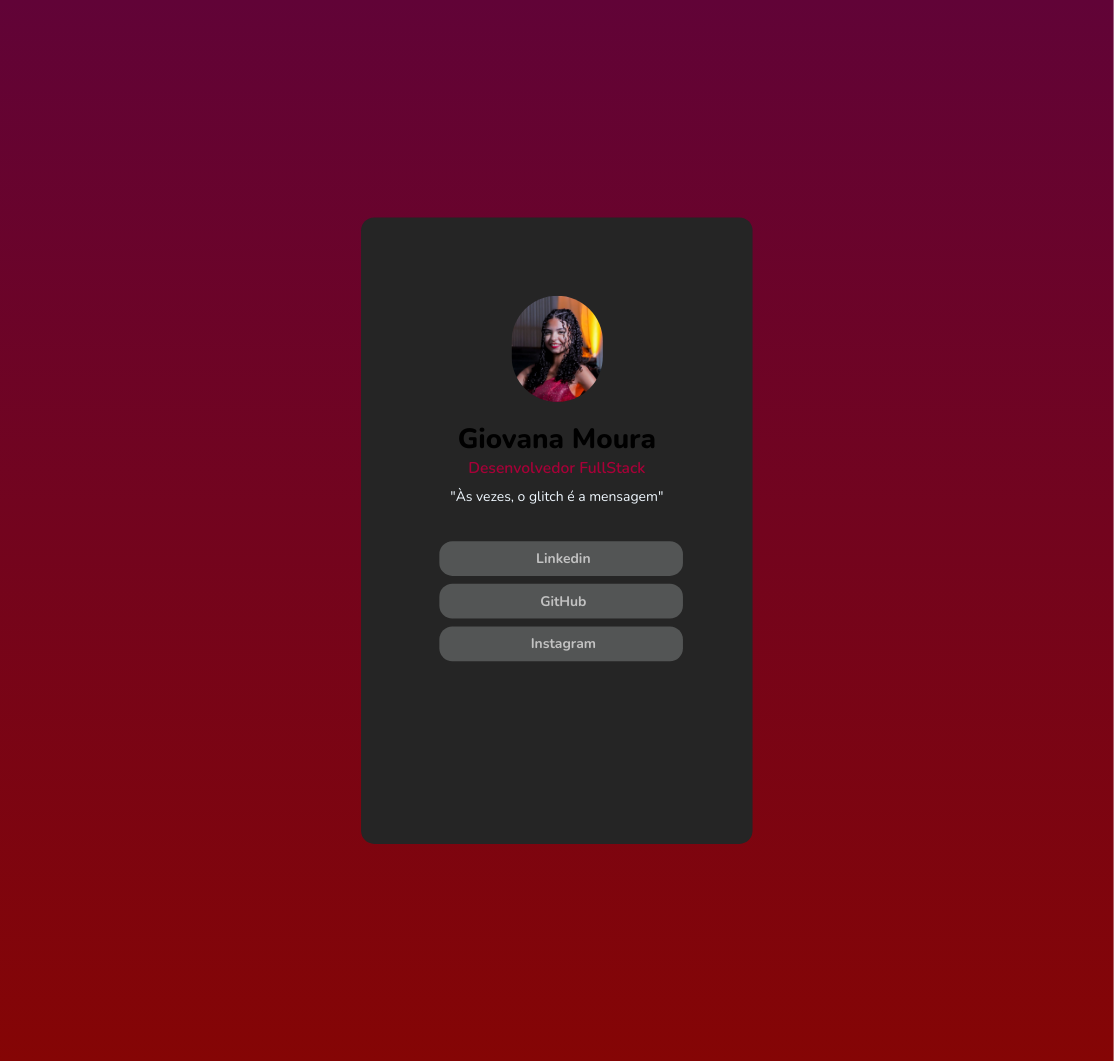
Repository: gimoli/linktree-giovana
Page: index.html
The author's editor kept a copy of each file at every save. The page is drawn from the files as they stood at one save, then again after the next save.
The browser window is 1280 px wide. The pictures show the whole page, at 87% of full size.
Some icons come from a web library that is not loaded, so they are not drawn.

Above is the page before, as saved 2025-04-14 19:36:11.

### index.html
<!DOCTYPE html>
<html lang="en">
<head>
    <meta charset="UTF-8">
    <meta name="viewport" content="width=device-width, initial-scale=1.0">
    <title>linktree Giovana</title>
    <link rel="stylesheet" href="./css/style.css">
    <link rel="preconnect" href="https://fonts.googleapis.com">
<link rel="preconnect" href="https://fonts.gstatic.com" crossorigin>
<link href="https://fonts.googleapis.com/css2?family=Nunito:ital,wght@0,200..1000;1,200..1000&display=swap" rel="stylesheet">
<link rel="stylesheet" type='text/css' href="https://fontawesome.com/icons/instagram?f=classic&s=brands" />

</head>
<body>
    <div class="container-main">
        <div class="container-imagem">
            <img src="./image-profile.jfif" alt="foto perfil"/>
        </div>
        <div class="container-infos">
            <h1>Giovana Moura</h1>
            <h3>Desenvolvedor FullStack</h3>
        </div>
        <div class="container-easter-egg">
            <p>"Às vezes, o glitch é a mensagem"</p>
        </div>
        <div class="container-social">
            <ul>
                <a href="https://www.linkedin.com/in/giovana-moura-3543032bb/" target="_blank" class="botao-linktree-1">
                     <li>

                        <i class="fa-brands fa-linkedin"></i>

                         <p>Linkedin</p>
                    </li>
                </a>

                <a href="https://github.com/gimoli" target="_blank" class="botao-linktree-2">
                     <li>
                        <i class="fa-brands fa-github"></i>
                        <p>GitHub</p>
                    </li>
                </a>
                <a href="https://www.instagram.com/gimoli_n?igsh=cTNvNDJ0M3owb3Vs&utm_source=qr" target="_blank" class="botao-linktree-3">
                     <li>
                        <i class="fa-brands fa-instagram"></i>
                        <p>Instagram</p>
                    </li>
                </a>
            </ul>
        </div>
    </div>
</body>
</html>

### CSS/style.css
@import url("./effects.css");

*{
    font-family: "Nunito", sans-serif;
    margin: 0;
    padding: 0;
}

body {
    background-color: #833AB4;
    background: linear-gradient(0deg, rgb(133, 5, 5) 0%, rgb(97, 3, 55) 100%);
    animation: gradientShift 10s ease infinite;
    background-size: 400%;
}


.container-main {
    background-color: rgb(37, 37, 37);
    width: 450px;
    height: 720px;
    box-sizing: border-box;
    margin: 250px auto;
    padding: 90px;
    border-radius: 15px;
    text-align: center;
}

.container-imagem img{
    width: 105px;
    border-radius: 100px;
}

.container-infos {
    margin-top: 15px;
    margin-bottom: 10px;
}

.container-infos h1 {
    font-weight: 800;
}

.container-infos h3{
    color: #a80038;
    font-weight: 600;
    font-size: 18px;
}

.container-easter-egg {
    margin-bottom: 15px;
    color: aliceblue;
}

.container-social ul{
    list-style-type: none;
}

.container-social a{
    text-decoration: none;
    color: rgb(194, 194, 194);
}

.container-social{
  margin-top: 40px;
}

.container-social li {
  display: flex;
  justify-content: center;
  gap: 5px;
  align-items: center;
  width: 280px;
  height: 40px;
  background-color: rgb(83, 85, 85);
  margin: 9px 0;
  border-radius: 15px;
  font-weight: 700;
  transition-duration: 0.6s;

  &:hover{
    background-color: #a80038;
    transform: scale(1.1);
  }
}

### CSS/effects.css
@keyframes gradient {
    0% {background-position: 0% 50%;}
    50% {background-position: 100% 50%;}
    100% {background-position: 0% 50%;}
}

After the next save:
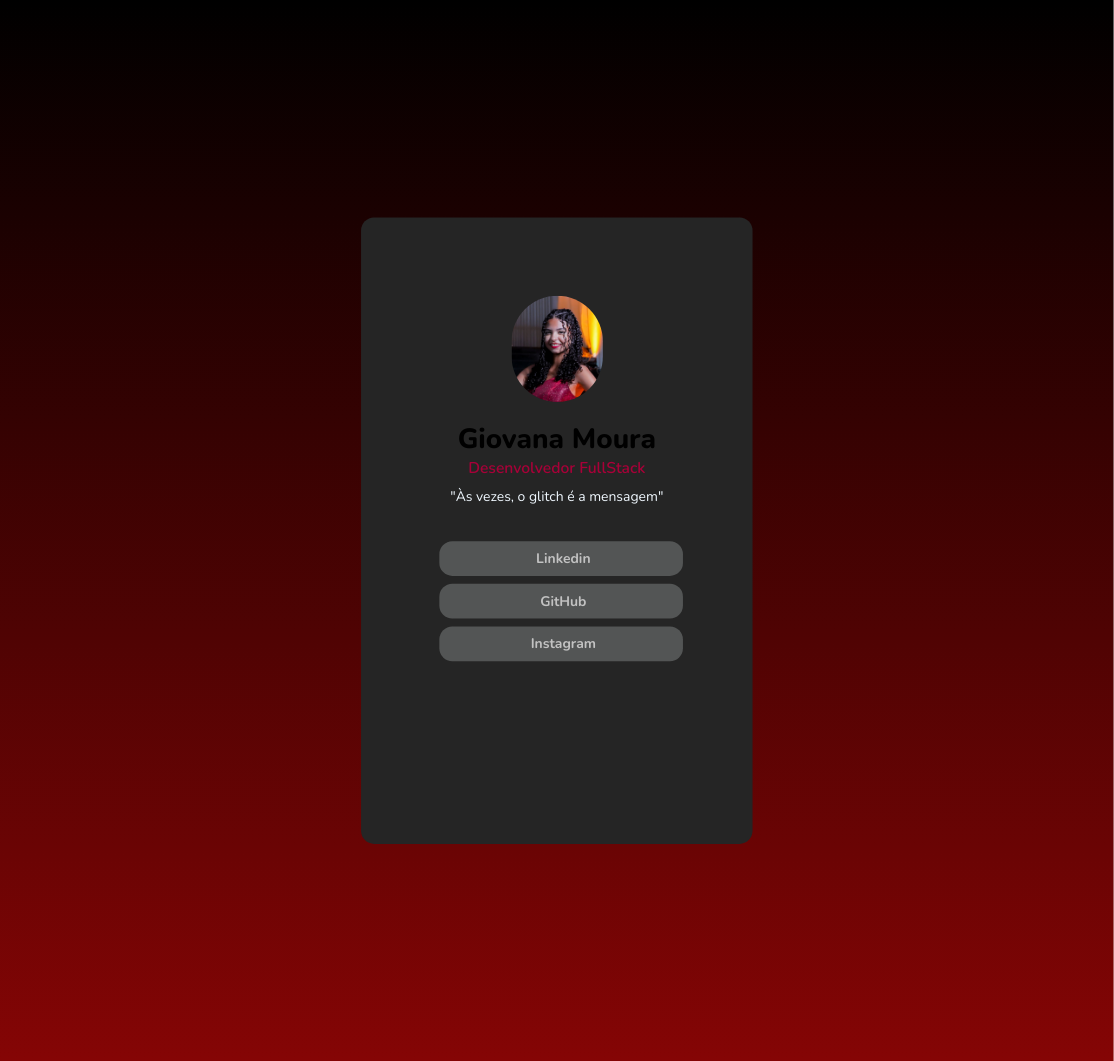
Saved 30 s later.
--- a/CSS/style.css
+++ b/CSS/style.css
@@ -8,7 +8,7 @@
 
 body {
     background-color: #833AB4;
-    background: linear-gradient(0deg, rgb(133, 5, 5) 0%, rgb(97, 3, 55) 100%);
+    background: linear-gradient(0deg, rgb(133, 5, 5) 0%, rgb(0, 0, 0) 100%);
     animation: gradientShift 10s ease infinite;
     background-size: 400%;
 }
